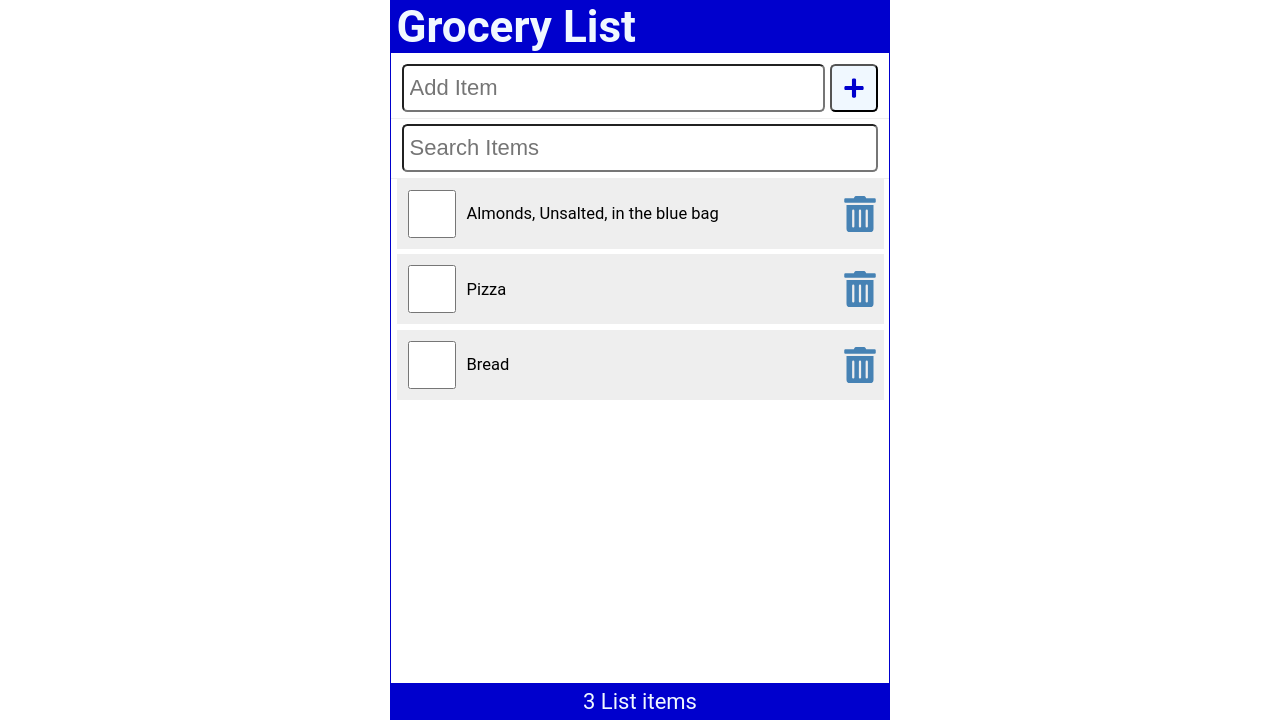
Repository: Bhoomika140420/Grocery-List-App
Page: /
These files come from the project's save history. The page is drawn as it stood at one moment and after the next save; the edit follows.
The browser window is 1280 px wide. The pictures show the whole page.
The page's requests for data from a server got no answer. The project was rebuilt for these pictures with package versions that can differ from the ones it lists, and the page was loaded fresh each time. No one was signed in, and anything a server would have sent is missing. Requests to the local data server were answered from the project's data file.

Above is the page before, as saved 2024-03-01 16:38:51.

After the next save:
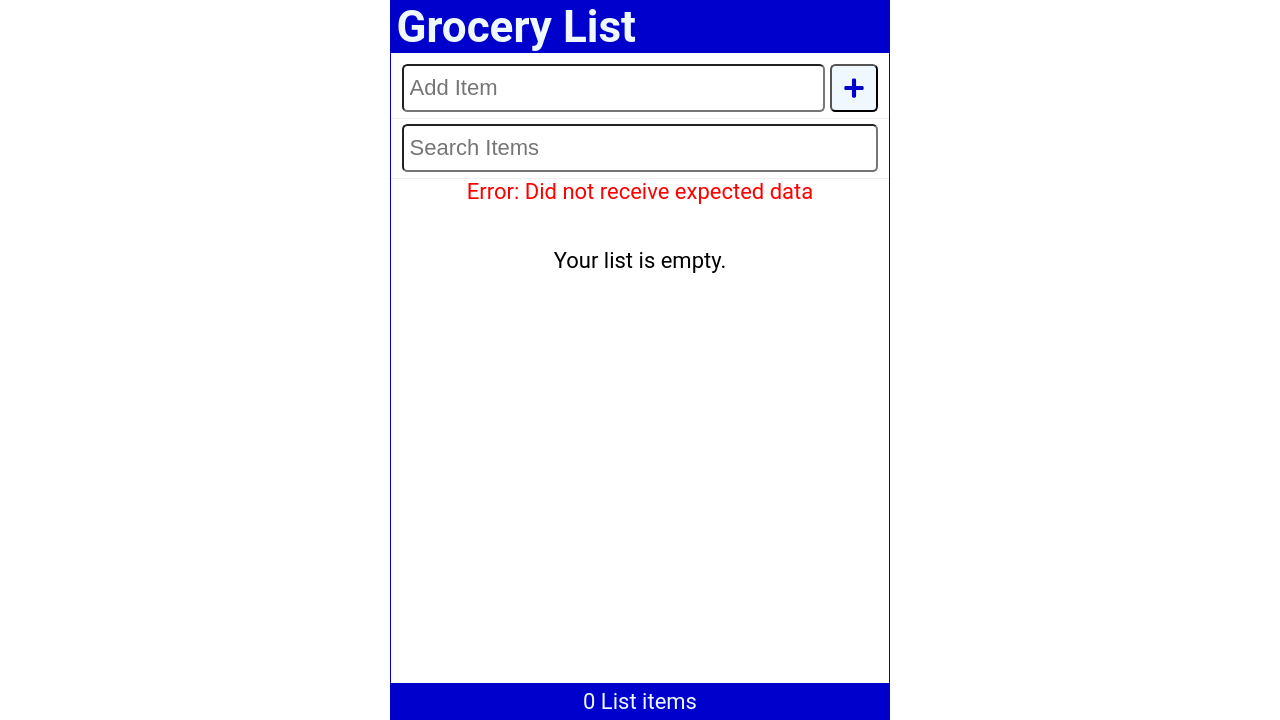
Saved 23 s later.
--- a/src/App.js
+++ b/src/App.js
@@ -12,7 +12,7 @@
 };
 
 function App() {
-  const API_URL = "http://localhost:3500/items";
+  const API_URL = "http://localhost:3500/itemss";
 
   const [items, setItems] = useState(arr());
   const [newItem, setNewItem] = useState("");

After the save that followed:
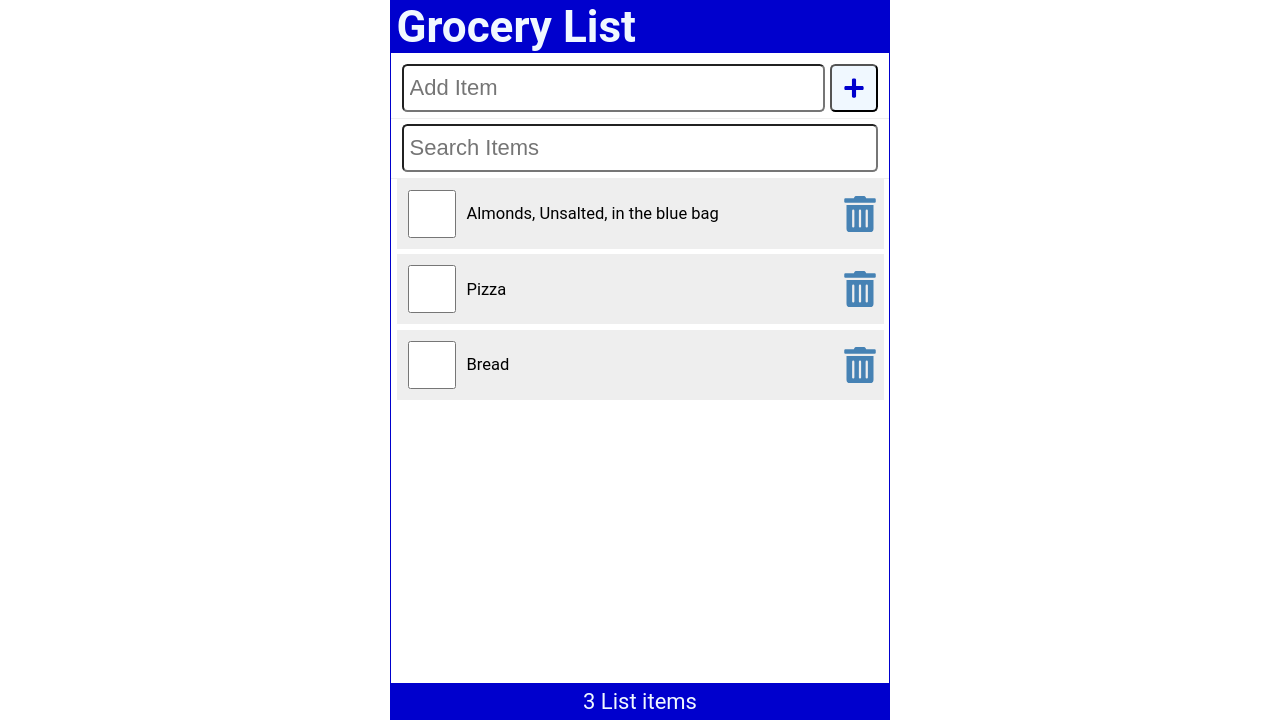
Saved 17 s later.
--- a/src/App.js
+++ b/src/App.js
@@ -12,7 +12,7 @@
 };
 
 function App() {
-  const API_URL = "http://localhost:3500/itemss";
+  const API_URL = "http://localhost:3500/items";
 
   const [items, setItems] = useState(arr());
   const [newItem, setNewItem] = useState("");
